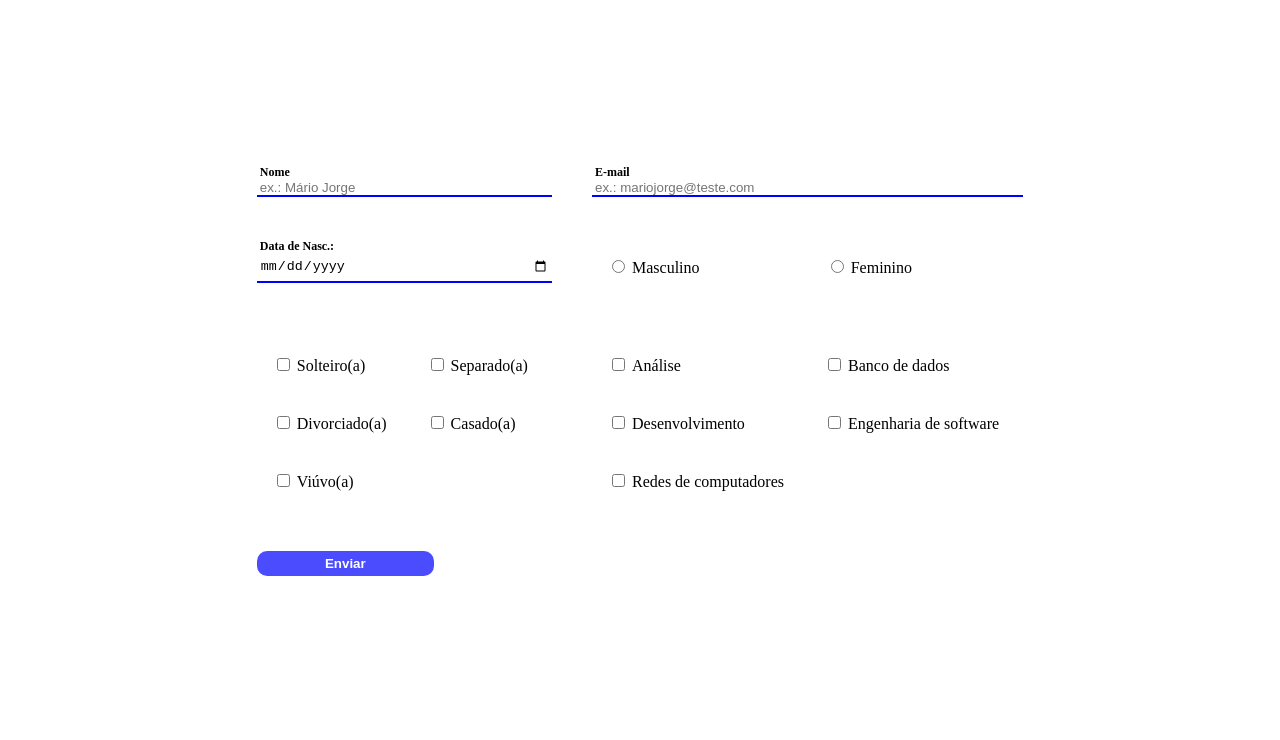
Repository: mjRibeiroTriscal/UVA_Projects
Page: Proj_A1_AVA2_2020_1/index.html
An editor plug-in stored every save of this project. The page is shown before and after the next save, followed by the edit.
The browser window is 1280 px wide. The pictures show the whole page.

Above is the page before, as saved 2020-03-13 12:01:46.

After the next save:
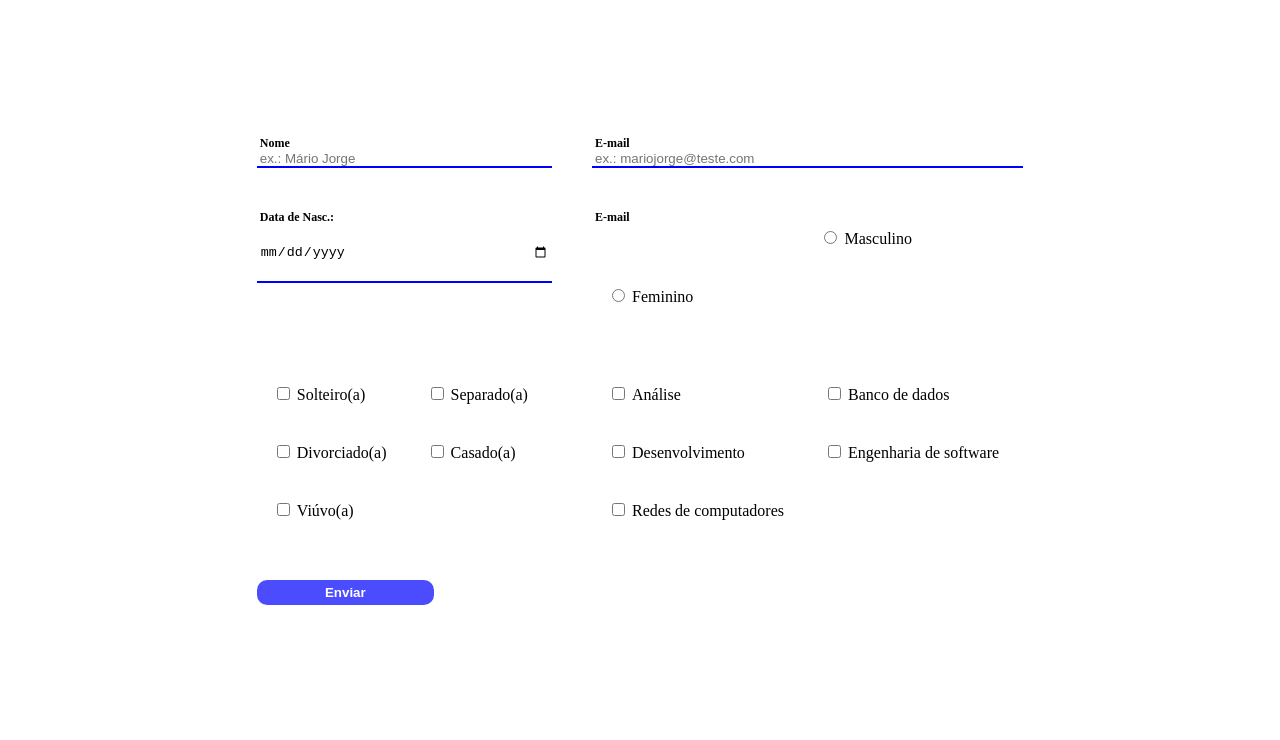
Saved 65 s later.
--- a/Proj_A1_AVA2_2020_1/index.html
+++ b/Proj_A1_AVA2_2020_1/index.html
@@ -40,6 +40,7 @@
                 </div>
 
                 <div class="gridItem gridContainer">
+                    <label class="labelFirst">E-mail</label>
                     <div class="gridItem">
                         <input id="masc" type="radio" name="masc" />
                         <label for="masc">Masculino</label>

After the save that followed:
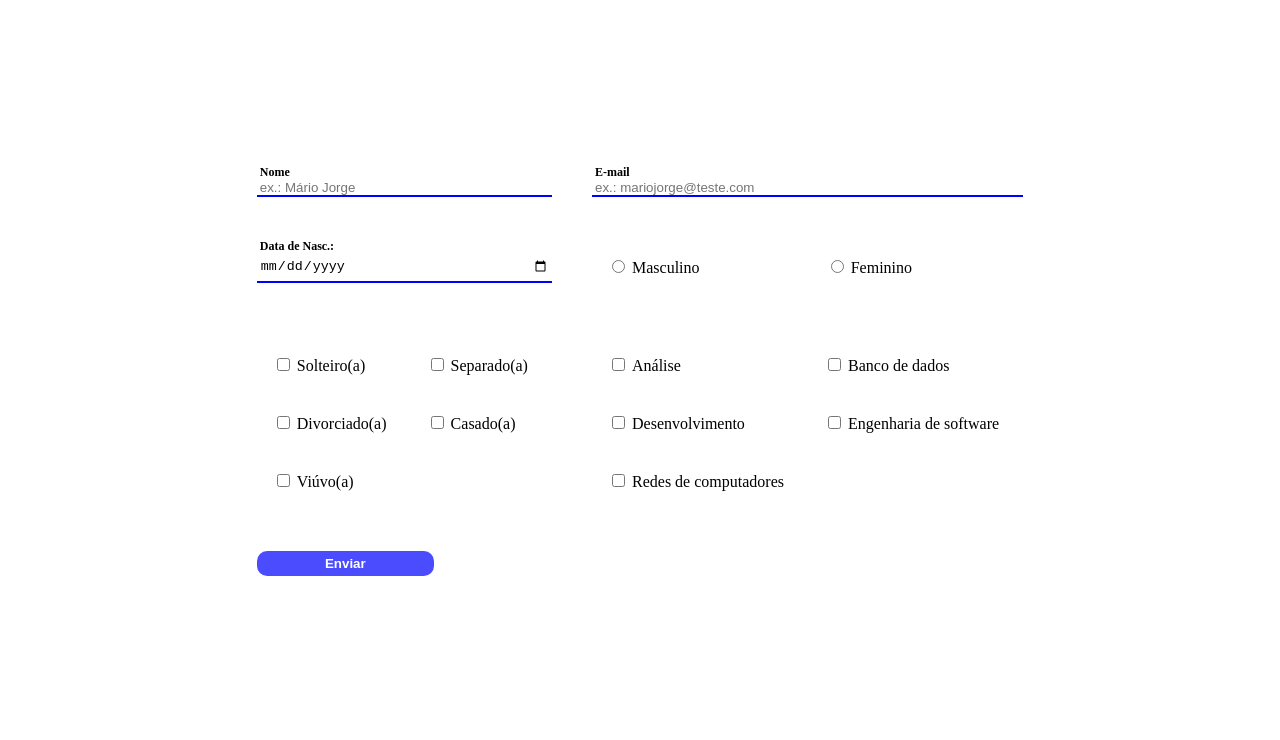
Saved 33 s later.
--- a/Proj_A1_AVA2_2020_1/index.html
+++ b/Proj_A1_AVA2_2020_1/index.html
@@ -40,7 +40,6 @@
                 </div>
 
                 <div class="gridItem gridContainer">
-                    <label class="labelFirst">E-mail</label>
                     <div class="gridItem">
                         <input id="masc" type="radio" name="masc" />
                         <label for="masc">Masculino</label>
